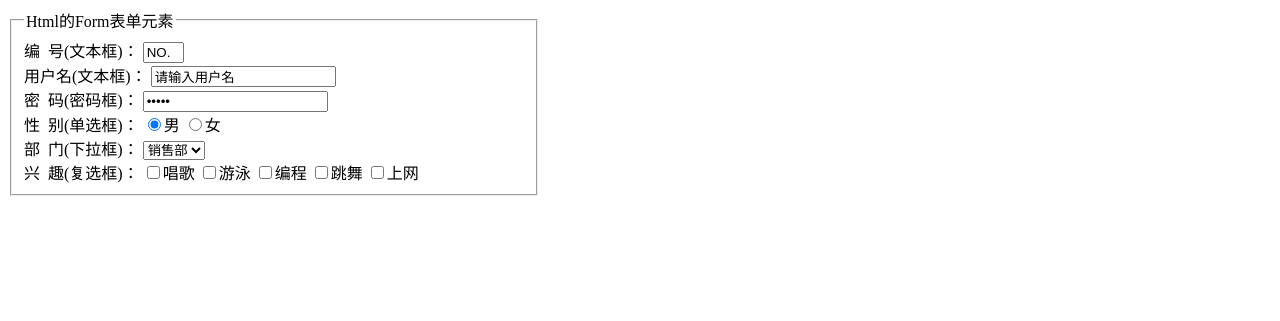
Repository: frankstar007/java
Page: http://localhost/Servlet_Study/request_form1.jsp
These files come from the project's save history. The page is drawn as it stood at one moment and after a run of saves; the edit follows.
The browser window is 1280 px wide. The pictures show the whole page.
The page is served by Tomcat 9. Nobody is signed in. The application's start-up code is not run.

Above is the page before, as saved 2016-05-01 02:42:07.

After the next 2 saves:
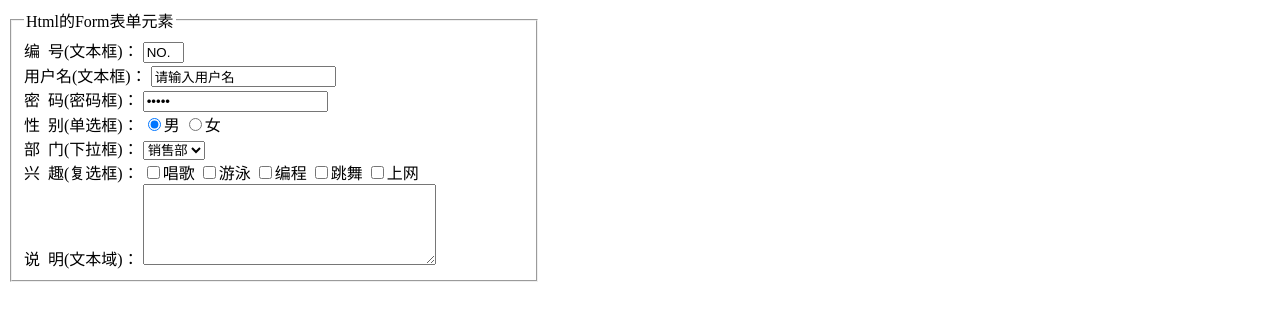
The 2 saves are shown as one change because they came seconds apart.
The last was saved 85 s later.
--- a/Servlet_Study/WebContent/request_form1.jsp
+++ b/Servlet_Study/WebContent/request_form1.jsp
@@ -31,7 +31,10 @@
 	<input type="checkbox" name="inst" value="跳舞">跳舞
 	<input type="checkbox" name="inst" value="上网">上网
 	<br>
+	说&nbsp;&nbsp;明(文本域)：
+	<textarea name="note" cols="34" rows="5">
 
+	</textarea>
 
 	</form>
 
